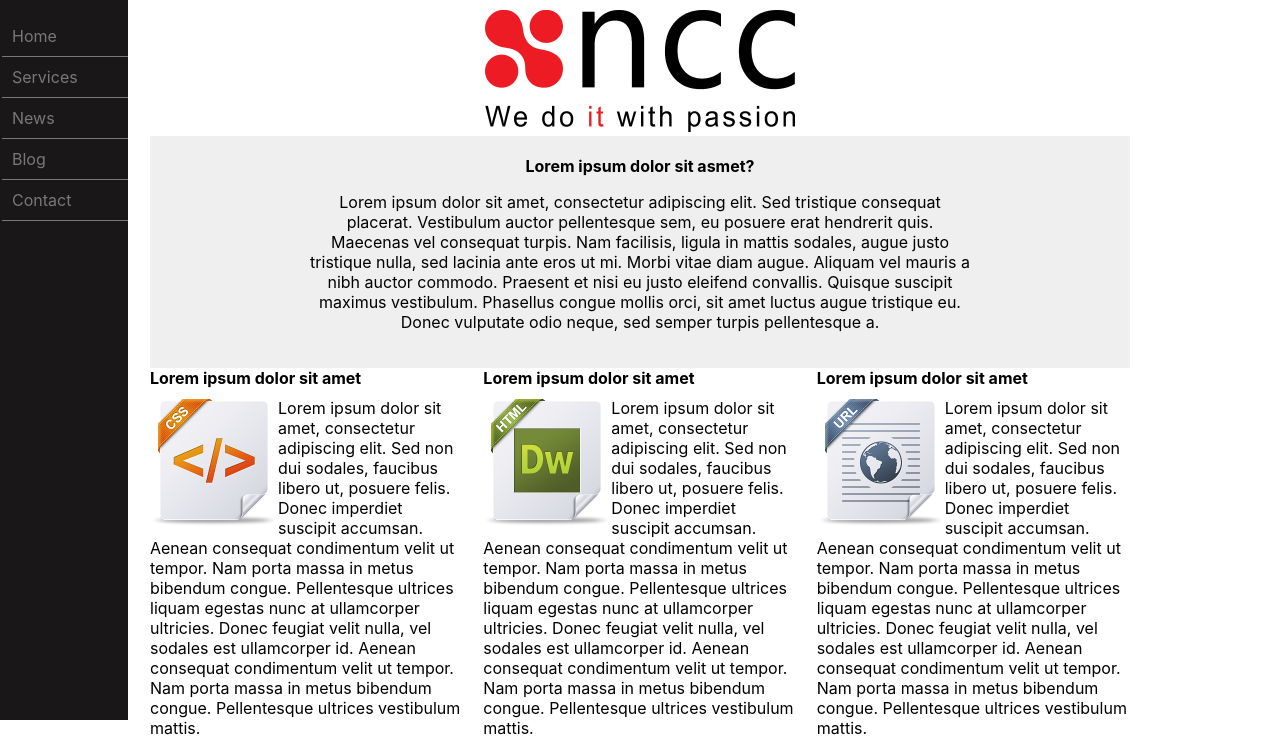
Repository: nganha241/testt
Page: /
These files come from the project's save history. The page is drawn as it stood at one moment and after the next save; the edit follows.
The browser window is 1280 px wide. The pictures show the whole page.
The project was rebuilt for these pictures with package versions that can differ from the ones it lists, and the page was loaded fresh each time.

Above is the page before, as saved 2023-02-28 11:42:19.

### src/App.js
import React from "react";
import Home from "./pages/Home";
import Navbar from "./pages/Navbar/Navbar";

export const App = () => {
  return (
    <div>
      <Navbar />
      <Home />
    </div>
  );
};

export default App;

### src/pages/Home.jsx
import logo from "./logoNCC.png";
import "./home.css";
import Card from "./home-card/Card";
import htmlic from "./html-icon.png";
import urlic from "./url-icon.png";
import cssic from "./css-icon.png";
const Home = () => {
  return (
    <section className="home">
      <div className="home-title">
        <img src={logo} alt="" />
      </div>
      <div className="home-content">
        <div className="content-title">Lorem ipsum dolor sit asmet?</div>
        <p>
          Lorem ipsum dolor sit amet, consectetur adipiscing elit. Sed tristique
          consequat placerat. Vestibulum auctor pellentesque sem, eu posuere
          erat hendrerit quis. Maecenas vel consequat turpis. Nam facilisis,
          ligula in mattis sodales, augue justo tristique nulla, sed lacinia
          ante eros ut mi. Morbi vitae diam augue. Aliquam vel mauris a nibh
          auctor commodo. Praesent et nisi eu justo eleifend convallis. Quisque
          suscipit maximus vestibulum. Phasellus congue mollis orci, sit amet
          luctus augue tristique eu. Donec vulputate odio neque, sed semper
          turpis pellentesque a.
        </p>
      </div>
      <div className="home-card">
        <Card icon={cssic} />
        <Card icon={htmlic} />
        <Card icon={urlic} />
      </div>
    </section>
  );
};

export default Home;

### src/pages/Navbar/Navbar.jsx
import React from "react";
import "./Navbar.css";

const Navbar = () => {
  return (
    <div className="nav">
      <ul className="nav-content">
        <li>
          <a href="#">Home</a>
        </li>
        <li>
          <a href="#">Services</a>
        </li>
        <li>
          <a href="#">News</a>
        </li>
        <li>
          <a href="#">Blog</a>
        </li>
        <li>
          <a href="#">Contact</a>
        </li>
      </ul>
    </div>
  );
};

export default Navbar;

### src/pages/home.css
.home {
  margin: 0 auto;
  padding: 10px 150px;
}
.home-title {
  text-align: center;
}
.home-content {
  text-align: center;
  background: #efefef;
  padding: 20px 160px;
  font-size: 16px;
}
.content-title {
  font-weight: bold;
}
.home-card {
  display: flex;
  gap: 20px;
}

### src/pages/home-card/Card.jsx
import React from "react";

import "./Card.css";

const Card = (props) => {
  const { icon } = props;
  return (
    <div className="card">
      <div className="card-title">Lorem ipsum dolor sit amet</div>
      <div className="card-content">
        <img src={icon} alt="" />
        <span className="card-text">
          Lorem ipsum dolor sit amet, consectetur adipiscing elit. Sed non dui
          sodales, faucibus libero ut, posuere felis. Donec imperdiet suscipit
          accumsan. Aenean consequat condimentum velit ut tempor. Nam porta
          massa in metus bibendum congue. Pellentesque ultrices liquam egestas
          nunc at ullamcorper ultricies. Donec feugiat velit nulla, vel sodales
          est ullamcorper id. Aenean consequat condimentum velit ut tempor. Nam
          porta massa in metus bibendum congue. Pellentesque ultrices vestibulum
          mattis.
        </span>
      </div>
    </div>
  );
};

export default Card;

### src/pages/Navbar/Navbar.css
.nav {
  position: fixed;
  top: 0;
  left: -38px;
  height: 100%;
  background: #191718;
}
.nav-content {
  padding-top: -15px;
  color: #aaaa;
}
.nav-content li {
  border-bottom: 1px solid;
  list-style-type: none;
  padding: 10px 50px 10px 10px;
}

.nav-content li:hover {
  background: #5c5c5c;
}
.nav-content li a {
  color: #aaaa;
  text-decoration: none;
}
.nav-content li:hover a:hover {
  color: #fff;
}

### src/pages/home-card/Card.css
.card-title {
  font-weight: bold;
  margin-bottom: 10px;
}
/* .card-content {
  display: flex;
} */
.card-content img {
  width: 128px;
  height: 128px;
  object-fit: cover;
  float: left;
}

.card-text {
  margin-top: 10px;
  text-align: left;
  font-size: 16px;
}

Loaded but not shown: public/index.html (common file); src/index.js (common file); src/index.css (common file)

After the next save:
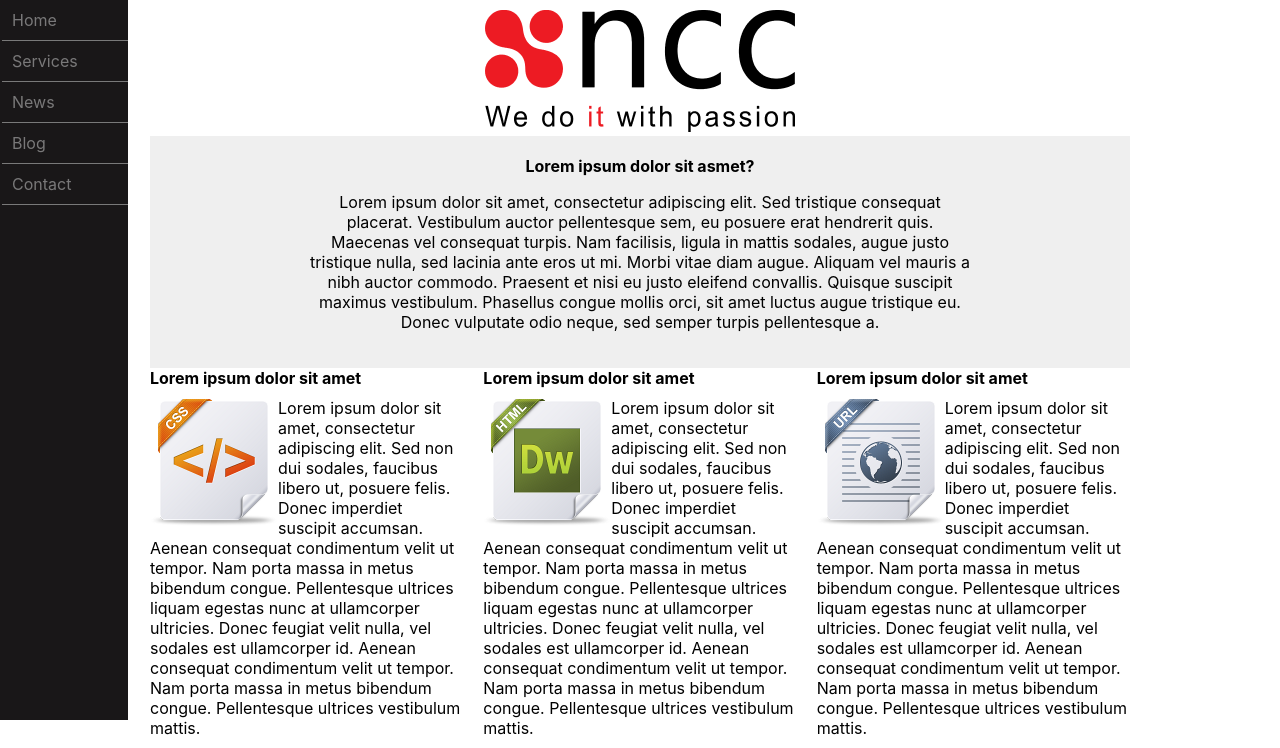
Saved 38 s later.
--- a/src/pages/Navbar/Navbar.css
+++ b/src/pages/Navbar/Navbar.css
@@ -6,7 +6,7 @@
   background: #191718;
 }
 .nav-content {
-  padding-top: -15px;
+  margin-top: 0px;
   color: #aaaa;
 }
 .nav-content li {
